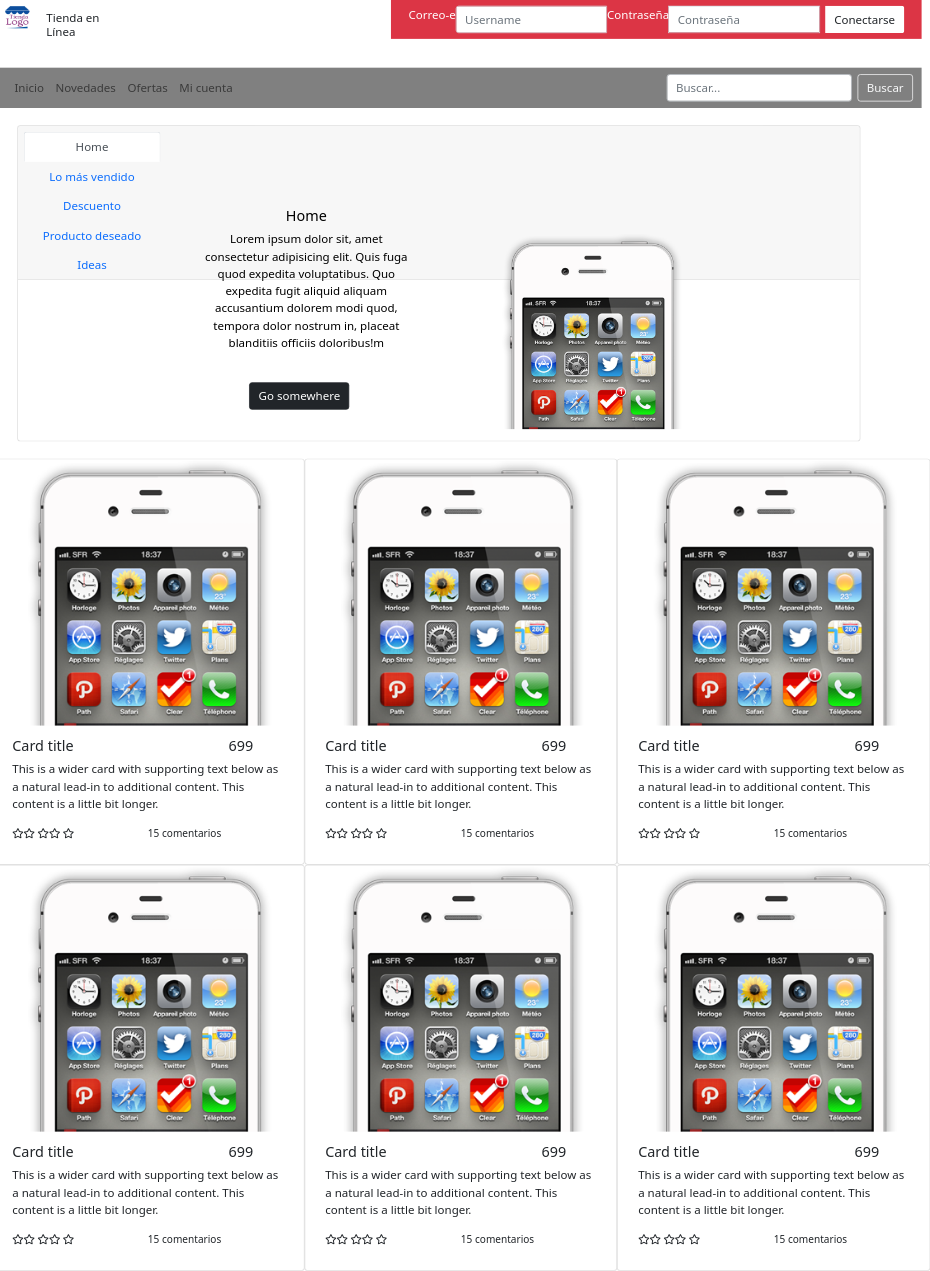
Repository: nicorp00/bootstrapSass
Page: Main/index.html
An editor plug-in stored every save of this project. The page is shown before and after a run of saves, followed by the edit.
The browser window is 1280 px wide. The page is 1292 px wide, so the pictures cover 1292 px, including what lies to the right of the window. The pictures show the whole page, at 72% of full size.
Some web libraries are served in a nearby version. The style sheet was rebuilt from its Sass, Less or Tailwind sources for each picture, by a compiler version that may differ from the author's.

Above is the page before, as saved 2022-03-25 12:07:06.

### Main/index.html
<!DOCTYPE html>
<html lang="en">
<head>
    <meta charset="UTF-8">
    <meta http-equiv="X-UA-Compatible" content="IE=edge">
    <meta name="viewport" content="width=device-width, initial-scale=1.0">
    <title>Document</title>
    <link rel="stylesheet" href="css/style.css">
    <link rel="stylesheet" href="css/bootstrap.min.css">
    <link rel="stylesheet" href="https://use.fontawesome.com/releases/v5.8.1/css/all.css"
        integrity="sha384-50oBUHEmvpQ+1lW4y57PTFmhCaXp0ML5d60M1M7uH2+nqUivzIebhndOJK28anvf" crossorigin="anonymous">
</head>
<body>
    <section class="section__top row">
        <div class="col-2">
            <div class="card mb-3 border-0" style="max-width: 540px;">
                <div class="row g-0">
                  <div class="col-md-3">
                    <img src="img/logo.png" class="img-fluid rounded-start" alt="...">
                  </div>
                  <div class="col-md-9">
                    <div class="card-body">
                      <h6 class="card-title">Tienda en Línea</h6>
                    </div>
                  </div>
                </div>
              </div>
        </div>
        <div class="col-3"></div>
        <div class="top-nav col-7">
            <nav class="navbar navbar-danger bg-danger">
                <form class="container-fluid">
                  <div class="input-group">
                    <!--<span class="input-group-text" id="basic-addon1">@</span>-->
                    Correo-e<input type="text" class="form-control" placeholder="Username" aria-label="Correo@" aria-describedby="basic-addon1">
                    Contraseña<input class="form-control me-2" type="search" placeholder="Contraseña" aria-label="Search">
                    <button class="btn btn-outline" type="submit">Conectarse</button>
                  </div>
                </form>
              </nav>
        </div>
    </section>

    <section class="section__nav">
        <nav class="navbar navbar-expand-lg navbar-light">
            <div class="container-fluid">
              <button class="navbar-toggler" type="button" data-bs-toggle="collapse" data-bs-target="#navbarSupportedContent" aria-controls="navbarSupportedContent" aria-expanded="false" aria-label="Toggle navigation">
                <span class="navbar-toggler-icon"></span>
              </button>
              <div class="collapse navbar-collapse" id="navbarSupportedContent">
                <ul class="navbar-nav me-auto mb-2 mb-lg-0">
                  <li class="nav-item">
                    <a class="nav-link" aria-current="page" href="#">Inicio</a>
                  </li>
                  <li class="nav-item">
                    <a class="nav-link" href="#">Novedades</a>
                  </li>
                  <li class="nav-item">
                    <a class="nav-link" href="#">Ofertas</a>
                  </li>
                  <li class="nav-item">
                    <a class="nav-link" href="#">Mi cuenta</a>
                  </li>
                </ul>
                <form class="d-flex">
                  <input class="form-control me-2" type="search" placeholder="Buscar..." aria-label="Search">
                  <button class="btn btn-outline-light" type="submit">Buscar</button>
                </form>
              </div>
            </div>
          </nav>
    </section>

    <section class="section__1">
        <div class="row">
            <div class="m-4 col-11 text-black">
                <div class="card text-center">
                    <div class="card-header">
                        <ul class="nav nav-tabs card-header-tabs flex-column col-2" id="myTab">
                            <li class="nav-item">
                                <a href="#home" class="nav-link active" data-bs-toggle="tab">Home</a>
                            </li>
                            <li class="nav-item">
                                <a href="#vendido" class="nav-link" data-bs-toggle="tab">Lo más vendido</a>
                            </li>
                            <li class="nav-item">
                                <a href="#descuento" class="nav-link" data-bs-toggle="tab">Descuento</a>
                            </li>
                            <li class="nav-item">
                              <a href="#deseado" class="nav-link" data-bs-toggle="tab">Producto deseado</a>
                          </li>
                          <li class="nav-item">
                                <a href="#ideas" class="nav-link" data-bs-toggle="tab">Ideas</a>
                            </li>
                        </ul>
                    </div>
                    <div class="card-body">
                        <div class="tab-content">
                            <div class="tab-pane fade show active" id="home">
                                <h5 class="card-title col-4">Home</h5>
                                <p class="card-text col-4">Lorem ipsum dolor sit, amet consectetur adipisicing elit. Quis fuga quod expedita voluptatibus. Quo expedita fugit aliquid aliquam accusantium dolorem modi quod, tempora dolor nostrum in, placeat blanditiis officiis doloribus!m</p>
                                <a href="#" class="btn btn-dark">Go somewhere</a>
                                <img class="img-fluid col-4" src="img/iphone.png">
                            </div>

                            <div class="tab-pane fade show" id="vendido">
                              <h5 class="card-title col-4">Home</h5>
                              <p class="card-text col-4">Lorem ipsum dolor sit, amet consectetur adipisicing elit. Quis fuga quod expedita voluptatibus. Quo expedita fugit aliquid aliquam accusantium dolorem modi quod, tempora dolor nostrum in, placeat blanditiis officiis doloribus!m</p>
                              <a href="#" class="btn btn-dark">Go somewhere</a>
                              <img class="img-fluid col-4" src="img/ipad.png">
                          </div>

                          <div class="tab-pane fade show" id="descuento">
                            <h5 class="card-title col-4">Home</h5>
                            <p class="card-text col-4">Lorem ipsum dolor sit, amet consectetur adipisicing elit. Quis fuga quod expedita voluptatibus. Quo expedita fugit aliquid aliquam accusantium dolorem modi quod, tempora dolor nostrum in, placeat blanditiis officiis doloribus!m</p>
                            <a href="#" class="btn btn-dark">Go somewhere</a>
                            <img class="img-fluid col-4" src="img/ps4.png">
                        </div>

                        <div class="tab-pane fade show" id="deseado">
                          <h5 class="card-title col-4">Home</h5>
                          <p class="card-text col-4">Lorem ipsum dolor sit, amet consectetur adipisicing elit. Quis fuga quod expedita voluptatibus. Quo expedita fugit aliquid aliquam accusantium dolorem modi quod, tempora dolor nostrum in, placeat blanditiis officiis doloribus!m</p>
                          <a href="#" class="btn btn-dark">Go somewhere</a>
                          <img class="img-fluid col-4" src="img/s5.png">
                      </div>

                      <div class="tab-pane fade show" id="ideas">
                        <h5 class="card-title col-4">Home</h5>
                        <p class="card-text col-4">Lorem ipsum dolor sit, amet consectetur adipisicing elit. Quis fuga quod expedita voluptatibus. Quo expedita fugit aliquid aliquam accusantium dolorem modi quod, tempora dolor nostrum in, placeat blanditiis officiis doloribus!m</p>
                        <a href="#" class="btn btn-dark">Go somewhere</a>
                        <img class="img-fluid col-4" src="img/tv.png">
                    </div>
                        </div>
                    </div>
                </div>
            </div>
        </div>
    </section>

    <section class="">
      <div class="row">
        <div class="card col-4">
          <img src="img/iphone.png" class="card-img-top img-fluid" alt="...">
          <div class="card-body row">
            <h5 class="card-title col-9">Card title</h5>
            <h5 class="card-title col-3">699</h5>
            <p class="card-text">This is a wider card with supporting text below as a natural lead-in to additional content. This content is a little bit longer.</p>
            <div class="row">
            <p class="card-text col-6"><small class=""><i class="far fa-star"></i><i class="far fa-star"></i>
                                                  <i class="far fa-star"></i><i class="far fa-star"></i>
                                                  <i class="far fa-star"></i>
              </small>
              </p>
              <span class="card-text col-6"><small class="">15 comentarios</small></span>
            </div>
          </div>
        </div>
        <div class="card col-4">
          <img src="img/iphone.png" class="card-img-top img-fluid" alt="...">
          <div class="card-body row">
            <h5 class="card-title col-9">Card title</h5>
            <h5 class="card-title col-3">699</h5>
            <p class="card-text">This is a wider card with supporting text below as a natural lead-in to additional content. This content is a little bit longer.</p>
            <div class="row">
            <p class="card-text col-6"><small class=""><i class="far fa-star"></i><i class="far fa-star"></i>
                                                  <i class="far fa-star"></i><i class="far fa-star"></i>
                                                  <i class="far fa-star"></i>
              </small>
              </p>
              <span class="card-text col-6"><small class="">15 comentarios</small></span>
            </div>
          </div>
        </div>
        <div class="card col-4">
          <img src="img/iphone.png" class="card-img-top img-fluid" alt="...">
          <div class="card-body row">
            <h5 class="card-title col-9">Card title</h5>
            <h5 class="card-title col-3">699</h5>
            <p class="card-text">This is a wider card with supporting text below as a natural lead-in to additional content. This content is a little bit longer.</p>
            <div class="row">
            <p class="card-text col-6"><small class=""><i class="far fa-star"></i><i class="far fa-star"></i>
                                                  <i class="far fa-star"></i><i class="far fa-star"></i>
                                                  <i class="far fa-star"></i>
              </small>
              </p>
              <span class="card-text col-6"><small class="">15 comentarios</small></span>
            </div>
          </div>
        </div>

        <div class="card col-4">
          <img src="img/iphone.png" class="card-img-top img-fluid" alt="...">
          <div class="card-body row">
            <h5 class="card-title col-9">Card title</h5>
            <h5 class="card-title col-3">699</h5>
            <p class="card-text">This is a wider card with supporting text below as a natural lead-in to additional content. This content is a little bit longer.</p>
            <div class="row">
            <p class="card-text col-6"><small class=""><i class="far fa-star"></i><i class="far fa-star"></i>
                                                  <i class="far fa-star"></i><i class="far fa-star"></i>
                                                  <i class="far fa-star"></i>
              </small>
              </p>
              <span class="card-text col-6"><small class="">15 comentarios</small></span>
            </div>
          </div>
        </div>
        <div class="card col-4">
          <img src="img/iphone.png" class="card-img-top img-fluid" alt="...">
          <div class="card-body row">
            <h5 class="card-title col-9">Card title</h5>
            <h5 class="card-title col-3">699</h5>
            <p class="card-text">This is a wider card with supporting text below as a natural lead-in to additional content. This content is a little bit longer.</p>
            <div class="row">
            <p class="card-text col-6"><small class=""><i class="far fa-star"></i><i class="far fa-star"></i>
                                                  <i class="far fa-star"></i><i class="far fa-star"></i>
                                                  <i class="far fa-star"></i>
              </small>
              </p>
              <span class="card-text col-6"><small class="">15 comentarios</small></span>
            </div>
          </div>
        </div>
        <div class="card col-4">
          <img src="img/iphone.png" class="card-img-top img-fluid" alt="...">
          <div class="card-body row">
            <h5 class="card-title col-9">Card title</h5>
            <h5 class="card-title col-3">699</h5>
            <p class="card-text">This is a wider card with supporting text below as a natural lead-in to additional content. This content is a little bit longer.</p>
            <div class="row">
            <p class="card-text col-6"><small class=""><i class="far fa-star"></i><i class="far fa-star"></i>
                                                  <i class="far fa-star"></i><i class="far fa-star"></i>
                                                  <i class="far fa-star"></i>
              </small>
              </p>
              <span class="card-text col-6"><small class="">15 comentarios</small></span>
            </div>
          </div>
        </div>


      </div>
    </section>
    <script src="js/bootstrap.min.js"></script>
</body>
</html>

### Main/scss/style.scss
@use 'section__top';
@use 'section__nav';
@use 'section__1';

### Main/scss/_section__top.scss
.section__top{
    span{
        margin-left: 20%;
    }
    form{
        color: white;
    }
    button{
        background-color: white;
    }
}

### Main/scss/_section__nav.scss
.section__nav{
    background-color: grey;

    .nav-item{
        color: white;
    }
}

### Main/scss/_section__1.scss
.section__1{
    .card-body{
        margin-left: 20%;
        margin-top: -10%;

        img{
            margin-top: -20%;
            margin-left: 20%;
        }

        .btn{
            margin-left: -15%;
        }

    }
}

Loaded but not shown: Main/css/bootstrap.min.css (library); Main/js/bootstrap.min.js (library)

After the next 2 saves:
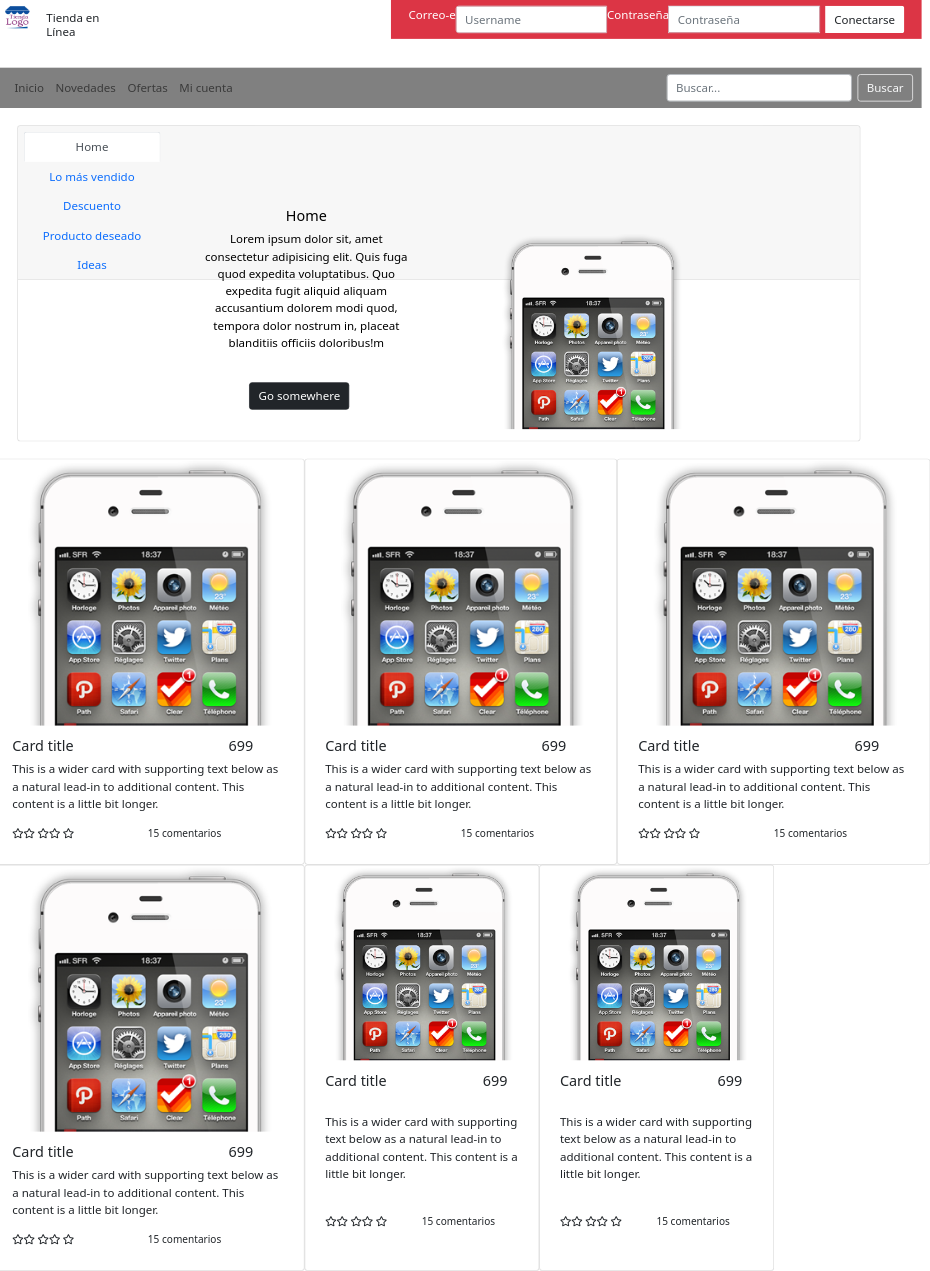
The 2 saves are shown as one change because they came seconds apart.
The last was saved 31 s later.
--- a/Main/index.html
+++ b/Main/index.html
@@ -204,23 +204,23 @@
             </div>
           </div>
         </div>
-        <div class="card col-4">
-          <img src="img/iphone.png" class="card-img-top img-fluid" alt="...">
-          <div class="card-body row">
-            <h5 class="card-title col-9">Card title</h5>
-            <h5 class="card-title col-3">699</h5>
-            <p class="card-text">This is a wider card with supporting text below as a natural lead-in to additional content. This content is a little bit longer.</p>
-            <div class="row">
-            <p class="card-text col-6"><small class=""><i class="far fa-star"></i><i class="far fa-star"></i>
-                                                  <i class="far fa-star"></i><i class="far fa-star"></i>
-                                                  <i class="far fa-star"></i>
-              </small>
-              </p>
-              <span class="card-text col-6"><small class="">15 comentarios</small></span>
-            </div>
-          </div>
-        </div>
-        <div class="card col-4">
+        <div class="card col-3">
+          <img src="img/iphone.png" class="card-img-top img-fluid" alt="...">
+          <div class="card-body row">
+            <h5 class="card-title col-9">Card title</h5>
+            <h5 class="card-title col-3">699</h5>
+            <p class="card-text">This is a wider card with supporting text below as a natural lead-in to additional content. This content is a little bit longer.</p>
+            <div class="row">
+            <p class="card-text col-6"><small class=""><i class="far fa-star"></i><i class="far fa-star"></i>
+                                                  <i class="far fa-star"></i><i class="far fa-star"></i>
+                                                  <i class="far fa-star"></i>
+              </small>
+              </p>
+              <span class="card-text col-6"><small class="">15 comentarios</small></span>
+            </div>
+          </div>
+        </div>
+        <div class="card col-3">
           <img src="img/iphone.png" class="card-img-top img-fluid" alt="...">
           <div class="card-body row">
             <h5 class="card-title col-9">Card title</h5>
